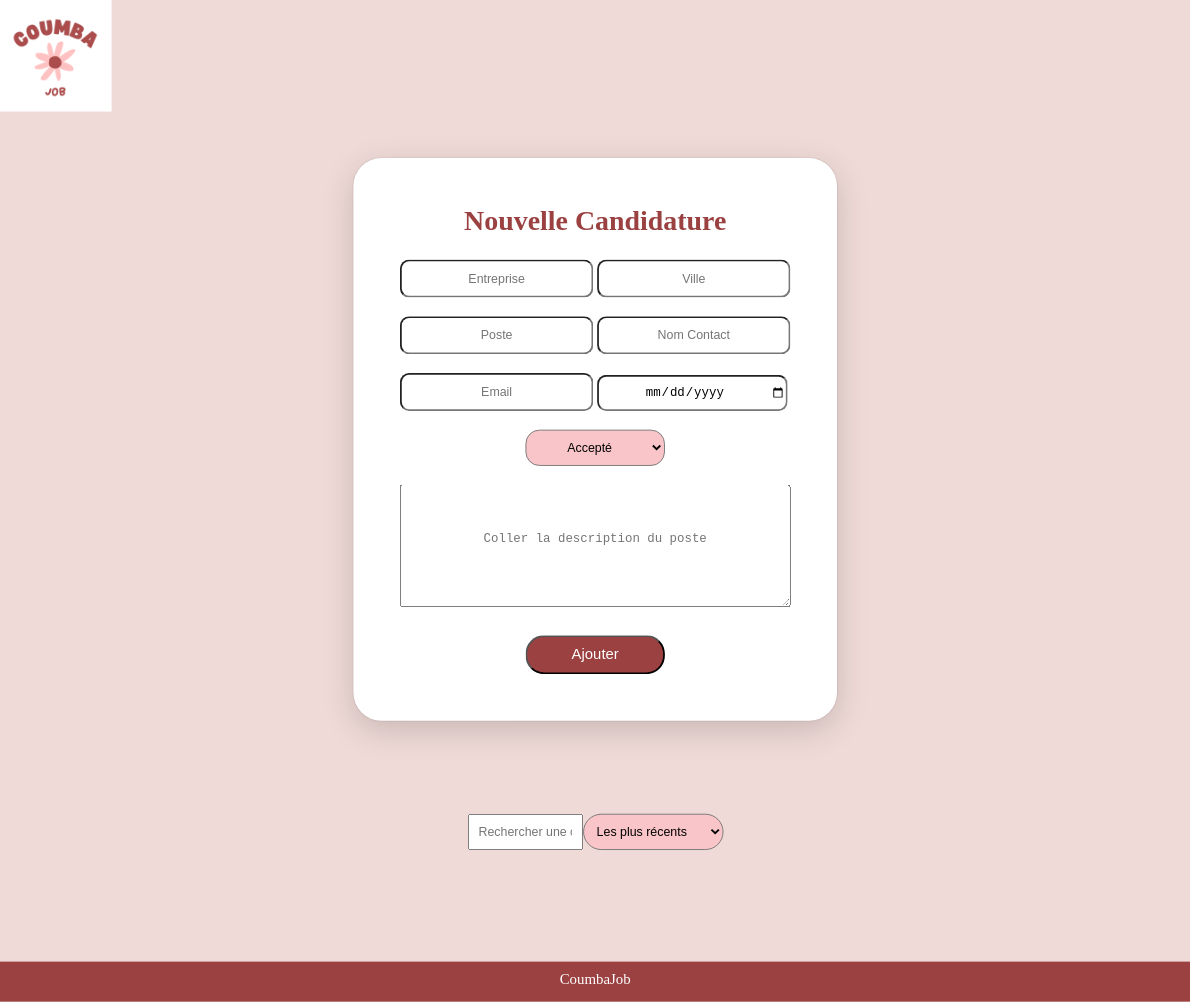
Repository: Coumba25040/coumbaProjet
Page: projetCoumba/index.html
An editor plug-in stored every save of this project. The page is shown before and after the next save, followed by the edit.
The browser window is 1280 px wide. The pictures show the whole page, at 93% of full size.
Some web fonts or font styles are not loaded; a fallback is used.

Above is the page before, as saved 2025-09-25 19:45:46.

After the next save:
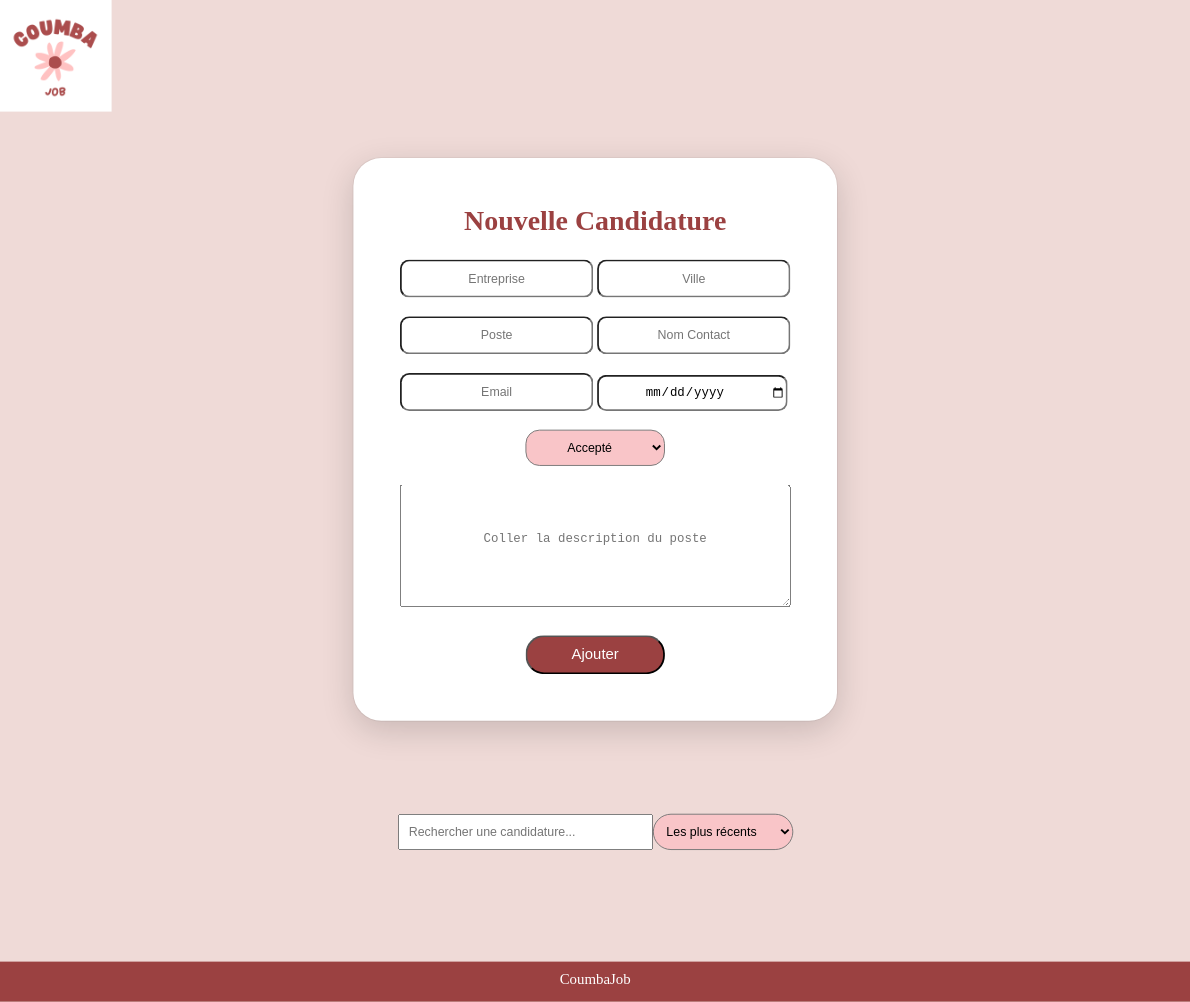
Saved 25 s later.
--- a/projetCoumba/style.css
+++ b/projetCoumba/style.css
@@ -51,7 +51,7 @@ form input, #date{
 }
 #recherche{
     padding: 10px;
-    width: 100px;
+    width: 250px;
 }
 #recherche-tri{
     margin-top: 100px;
